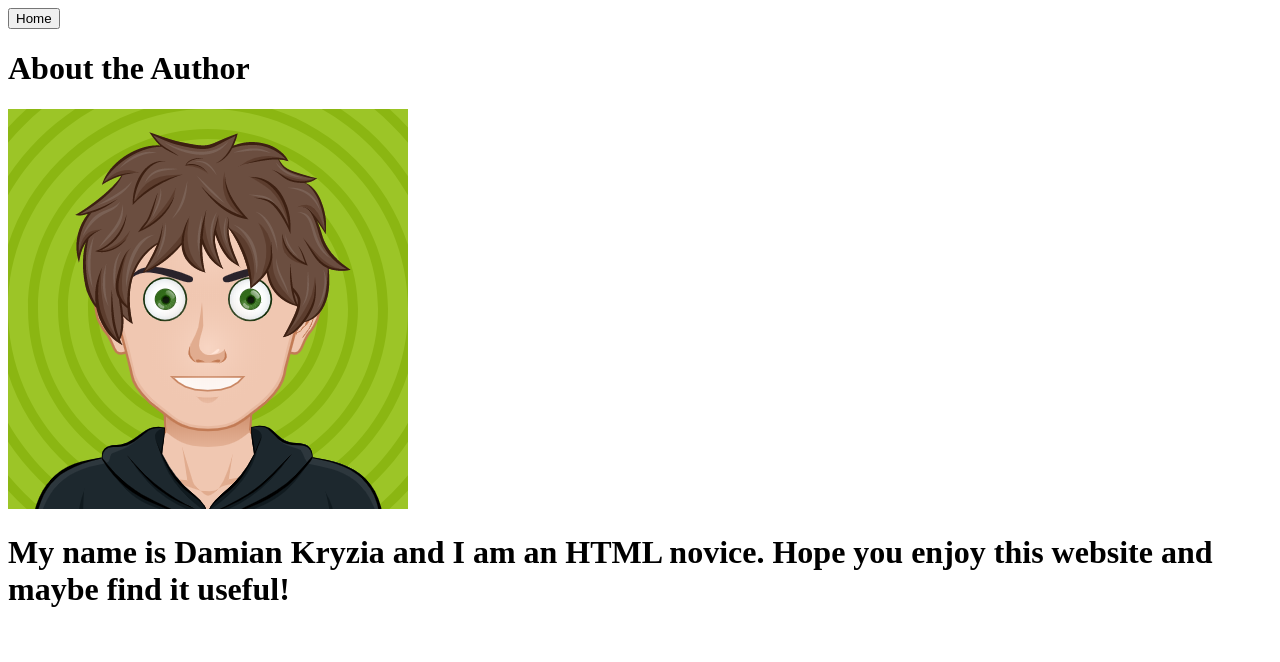
Repository: DamianKryzia/DamianKryzia.github.io
Page: DamianWebsite/aboutme.html
The author's editor kept a record of every edit. The page is drawn from the files as they stood at one moment, then again after the next edit.
The browser window is 1280 px wide. The pictures show the whole page.

Above is the page before.

### DamianWebsite/aboutme.html
<!DOCTYPE html>
<html>
    <head>
        <form action = "homepage.html" method = "get">
            <button type = "submit" class = "home"> Home </button>
        </form>
        <h1 class = "about"> About the Author </h1>
    </head>
    <body>
        <img src = "images/myavatar.png"/>
        <h1 class = "me">
             My name is Damian Kryzia and I am an HTML novice.
             Hope you enjoy this website and maybe find it useful!
        </h1>
    </body>
    <style>
        .
    </style>
</html>

After the next edit:
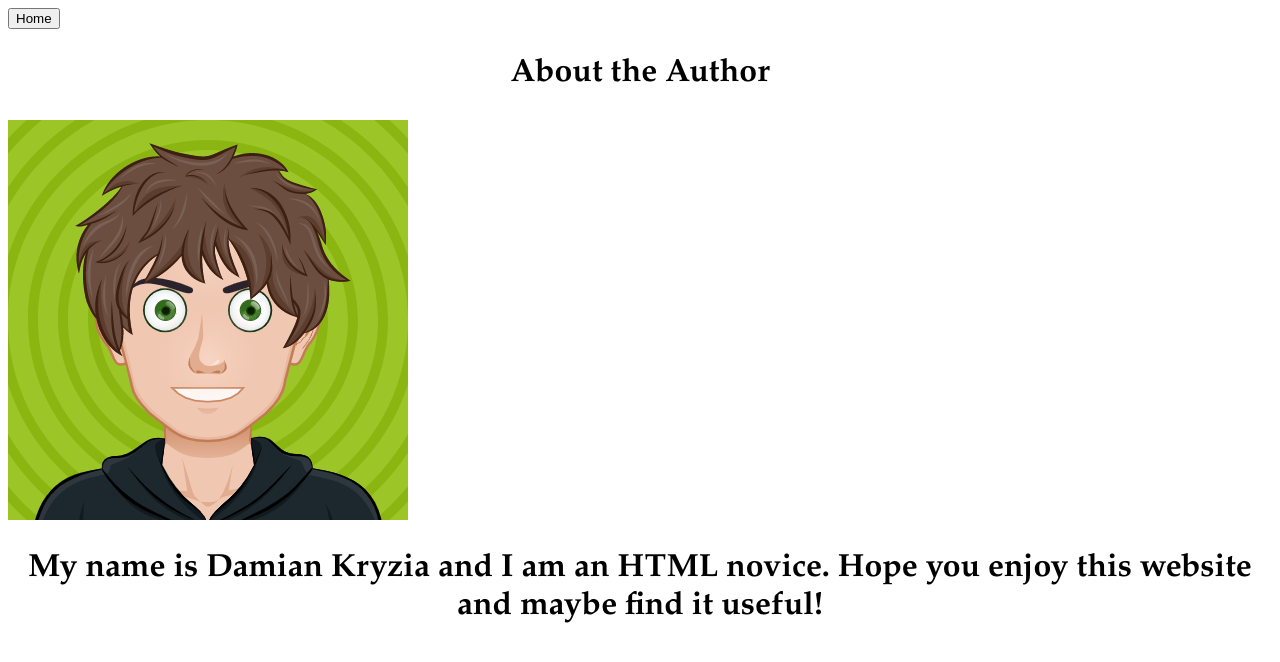
The edit:
--- a/DamianWebsite/aboutme.html
+++ b/DamianWebsite/aboutme.html
@@ -14,6 +14,15 @@
         </h1>
     </body>
     <style>
-        .
+        .about{
+            padding:5px 20px 5px 20px;
+            text-align:center;
+            font-family:"Palatino Linotype";
+        }
+        .me{
+            padding:5px 20px 5px 20px;
+            text-align:center;
+            font-family:"Palatino Linotype";
+        }
     </style>
 </html>
